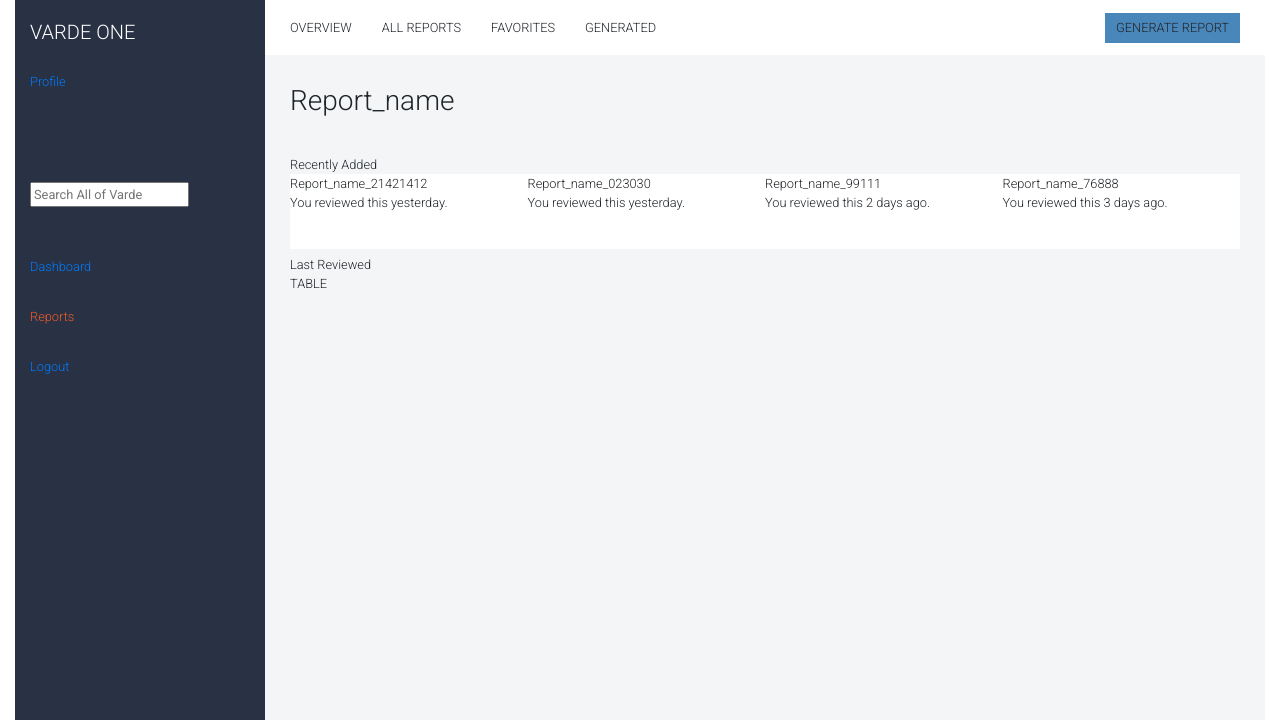
Repository: slavishtipkov/cra-redux
Page: /reports
These files come from the project's save history. The page is drawn as it stood at one moment and after the next save; the edit follows.
The browser window is 1280 px wide. The pictures show the whole page.
The project was rebuilt for these pictures with package versions that can differ from the ones it lists, and the page was loaded fresh each time.

Above is the page before, as saved 2019-07-09 14:36:39.

### src/index.js
import React from "react";
import ReactDOM from "react-dom";
import { BrowserRouter as Router } from "react-router-dom";

import * as serviceWorker from "./serviceWorker";

import "@fortawesome/fontawesome-free/css/all.min.css";
import "bootstrap-css-only/css/bootstrap.min.css";
import "mdbreact/dist/css/mdb.css";

import App from "./Components/App";

import "./index.css";

ReactDOM.render(
  <Router>
    <App />
  </Router>,
  document.getElementById("root")
);

// If you want your app to work offline and load faster, you can change
// unregister() to register() below. Note this comes with some pitfalls.
// Learn more about service workers: https://bit.ly/CRA-PWA
serviceWorker.unregister();

### src/index.css
@import-normalize;

#root {
  max-width: 1360px;
  min-width: 960px;
  margin: 0 auto;
  font-size: 0.8rem;
}

### src/Components/App/App.js
import React, { Suspense, lazy } from "react";
import { Route, Switch } from "react-router-dom";

import SideBar from "../Common/SideBar";

import "./App.scss";

const Login = lazy(() => import("../../Containers/Login"));
const Profile = lazy(() => import("../../Containers/Profile"));
const Dashboard = lazy(() => import("../../Containers/Dashboard"));
const Reports = lazy(() => import("../../Containers/Reports"));
const NotFound = lazy(() => import("../Common/NotFound"));

const App = ({ childProps }) => {
  return (
    <div className="container-fluid">
      <SideBar />
      <Suspense fallback={<div>Loading...</div>}>
        <Switch>
          <Route path="/" exact component={Login} props={childProps} />
          <Route path="/profile" exact component={Profile} props={childProps} />
          <Route
            path="/dashboard"
            exact
            component={Dashboard}
            props={childProps}
          />
          <Route path="/reports" exact component={Reports} props={childProps} />
          <Route component={NotFound} />
        </Switch>
      </Suspense>
    </div>
  );
};

export default App;

### src/Components/App/App.scss
.container-fluid {
  width: 100%;
  height: 100vh;

  display: flex;
  align-items: stretch;

  .side-bar {
    width: 20%;
  }

  .page {
    width: 80%;
    background-color: #f3f5f7;

    .page-header {
      .page-header-nav {
        background-color: #ffffff;
        display: flex;
        justify-content: space-between;

        ul {
          display: flex;
          margin: 0;
          padding: 0;
          height: 55px;
          line-height: 55px;

          padding-left: 25px;

          li {
            display: block;
            margin-right: 30px;

            &:hover {
              color: #4986ba;
              cursor: pointer;
            }
          }
        }
      }
      .page-header-heading {
        height: 100px;
        display: flex;
        align-items: center;
        padding-left: 25px;
      }
      .page-header-content {
        padding-left: 25px;
        padding-right: 25px;
      }
    }

    .page-content {
      padding-left: 25px;
    }
  }
}

### src/Containers/Reports/index.js
import Reports from "./Reports";

export default Reports;

### src/Components/Common/SideBar/SideBar.js
import React from "react";
import { NavLink } from "react-router-dom";

import "./sideBar.scss";
import { MDBContainer, MDBRow, MDBCol } from "mdbreact";
const SideBar = () => {
  const activeStyle = { color: "#F15B2A" };

  return (
    <nav className="side-bar">
      <h5 className="heading">VARDE ONE</h5>
      <div className="profile-section">
        <NavLink to="/profile" activeStyle={activeStyle}>
          Profile
        </NavLink>
      </div>
      <div className="search-bar">
        <input type="text" placeholder="Search All of Varde" />
      </div>
      <div className="main-links">
        <NavLink to="/dashboard" activeStyle={activeStyle}>
          Dashboard
        </NavLink>
        <NavLink to="/reports" activeStyle={activeStyle} exact>
          Reports
        </NavLink>
      </div>
      <NavLink to="/logout" activeStyle={activeStyle}>
        Logout
      </NavLink>
    </nav>
  );
};

export default SideBar;

### src/Containers/Reports/Reports.js
import React from "react";

import "./reports.scss";

const Reports = () => (
  <div className="reports-page page">
    <div className="reports-page-header page-header">
      <div className="page-header-nav">
        <ul>
          <li>OVERVIEW</li>
          <li>ALL REPORTS</li>
          <li>FAVORITES</li>
          <li>GENERATED</li>
        </ul>
        <div className="generate-report-wrapper">
          <div className="generate-button">GENERATE REPORT</div>
        </div>
      </div>
      <div className="page-header-heading">
        <h3>Report_name</h3>
      </div>
      <div className="page-header-content">
        <div className="recently-added-wrapper">
          <div className="recently-added-heading">Recently Added</div>
          <div className="recently-added-boxes">
            <div className="recently-added-box">
              <div className="name">Report_name_21421412</div>
              <div className="info">You reviewed this yesterday.</div>
            </div>
            <div className="recently-added-box">
              <div className="name">Report_name_023030</div>
              <div className="info">You reviewed this yesterday.</div>
            </div>
            <div className="recently-added-box">
              <div className="name">Report_name_99111</div>
              <div className="info">You reviewed this 2 days ago.</div>
            </div>
            <div className="recently-added-box">
              <div className="name">Report_name_76888</div>
              <div className="info">You reviewed this 3 days ago.</div>
            </div>
          </div>
        </div>
      </div>
    </div>
    <div className="page-content">
      <div>Last Reviewed</div>
      <div className="table">TABLE</div>
    </div>
  </div>
);

export default Reports;

### src/Components/Common/SideBar/sideBar.scss
.side-bar {
  display: flex;
  flex-direction: column;

  padding-left: 15px;
  padding-right: 15px;
  background-color: #293244;

  .heading {
    padding-top: 20px;
    padding-bottom: 20px;
    color: white;
  }

  .profile-section {
    height: 90px;
    margin-bottom: 20px;
  }

  .serach-bar {
    padding-top: 20px;
    margin-bottom: 50px;

    input {
      display: inline;
    }
  }

  .main-links {
    display: flex;
    flex-direction: column;
    margin-top: 50px;

    a {
      height: 50px;
      text-decoration: none;
    }
  }
}

### src/Containers/Reports/reports.scss
.reports-page {
  .reports-page-header {
    .generate-report-wrapper {
      align-self: center;
      text-align: center;

      .generate-button {
        margin-right: 25px;
        height: 30px;
        width: 135px;
        background-color: #4986ba;
        line-height: 30px;
        cursor: pointer;
      }
    }
    .page-header-content {
      .recently-added-wrapper {
        height: 100px;

        .recently-added-heading {
        }
        .recently-added-boxes {
          display: flex;
          justify-content: space-between;

          .recently-added-box {
            height: 75px;
            width: 240px;
            background-color: #ffffff;
          }
        }
      }
    }
  }
}

Loaded but not shown: public/index.html (common file); src/serviceWorker.js (common file); src/Components/App/index.js (common file); src/Components/Common/SideBar/index.js (common file)

After the next save:
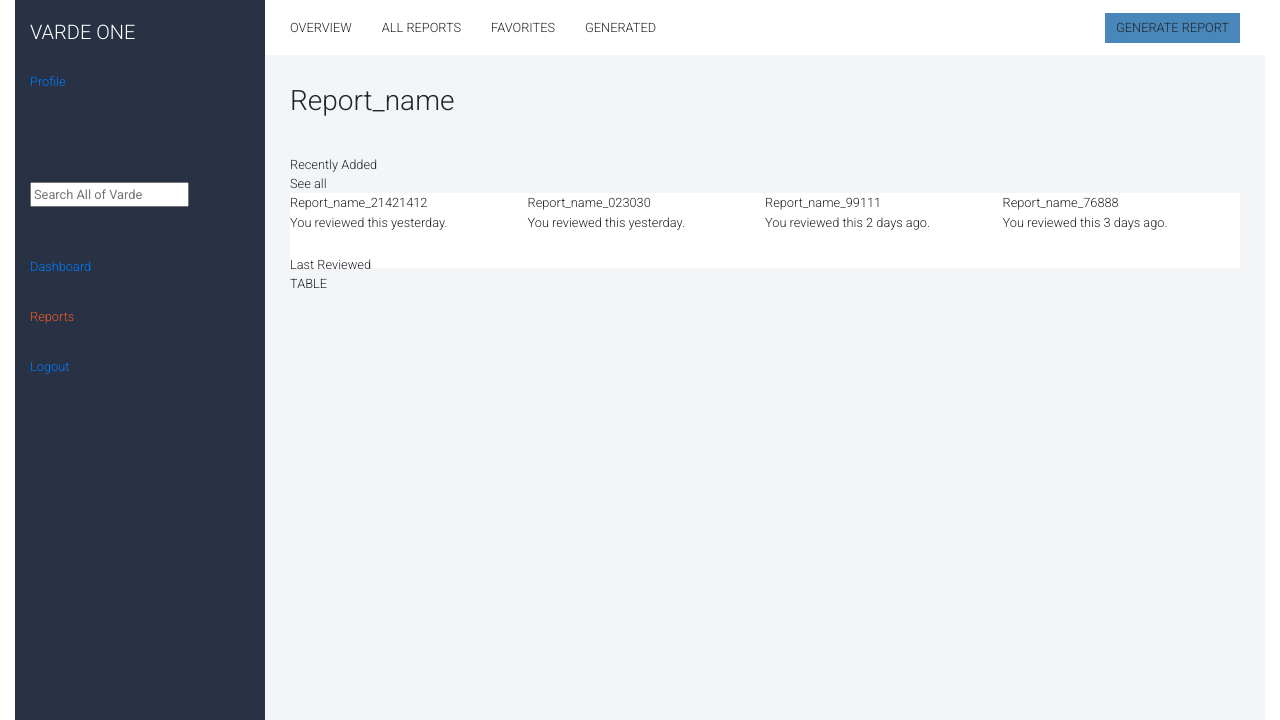
Saved 91 s later.
--- a/src/Containers/Reports/Reports.js
+++ b/src/Containers/Reports/Reports.js
@@ -21,7 +21,10 @@ const Reports = () => (
       </div>
       <div className="page-header-content">
         <div className="recently-added-wrapper">
-          <div className="recently-added-heading">Recently Added</div>
+          <div className="recently-added-heading">
+            <div className="heading">Recently Added</div>
+            <div className="see-all">See all</div>
+          </div>
           <div className="recently-added-boxes">
             <div className="recently-added-box">
               <div className="name">Report_name_21421412</div>

After the save that followed:
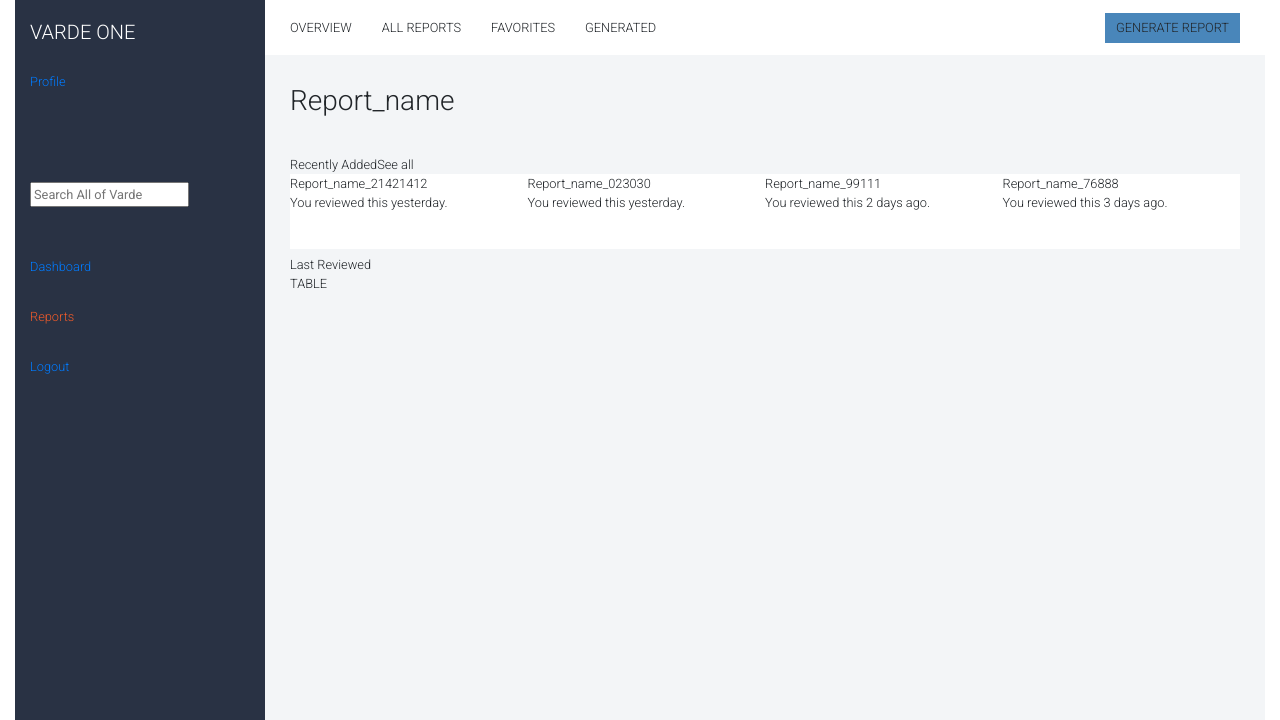
Saved 14 s later.
--- a/src/Containers/Reports/reports.scss
+++ b/src/Containers/Reports/reports.scss
@@ -18,6 +18,7 @@
         height: 100px;
 
         .recently-added-heading {
+          display: flex;
         }
         .recently-added-boxes {
           display: flex;
